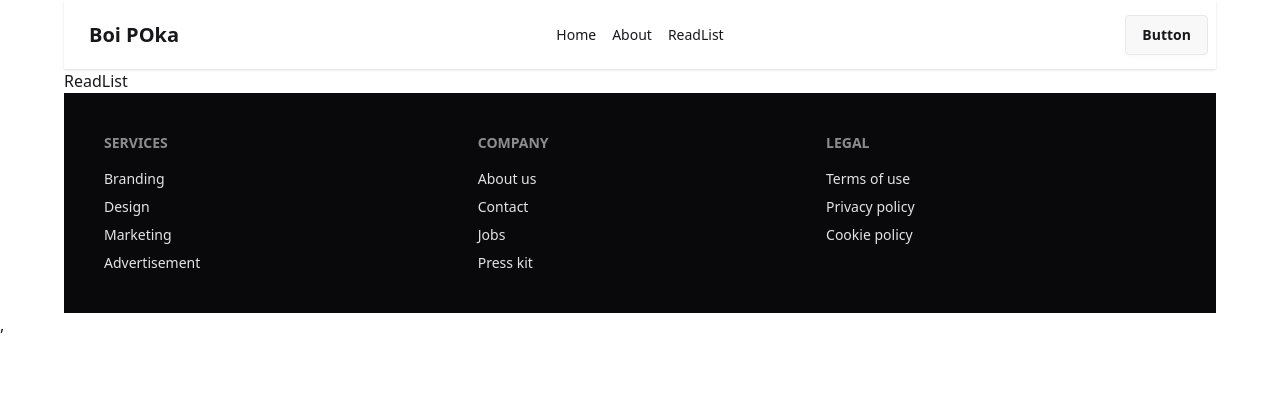
Repository: SanjidaSnigdha/Boipoka-Book-Vibe-Project
Page: /readList
These files come from the project's save history. The page is drawn as it stood at one moment and after the next save; the edit follows.
The browser window is 1280 px wide. The pictures show the whole page.
The project was rebuilt for these pictures with package versions that can differ from the ones it lists, and the page was loaded fresh each time. Also part of the build but not shown: vite.config.js, src/App.css, src/App.jsx, src/Pages/Root/ErrorPage/ErrorPage.jsx, src/Components/Banner/Banner.jsx, src/Pages/Book/Book.jsx, src/Pages/Books/Books.jsx, src/Pages/Home/Home.jsx and 1 more. Imported but missing from the stored project, and not drawn on this page: src/Pages/BookDetails/BookDetails.

Above is the page before, as saved 2026-05-17 13:45:10.

### index.html
<!doctype html>
<html lang="en">
  <head>
    <meta charset="UTF-8" />
    <link rel="icon" type="image/svg+xml" href="/favicon.svg" />
    <meta name="viewport" content="width=device-width, initial-scale=1.0" />
    <title>boipuka</title>
  </head>
  <body>
    <div id="root"></div>
    <script type="module" src="/src/main.jsx"></script>
  </body>
</html>

### src/main.jsx
import { StrictMode } from 'react'
import { createRoot } from 'react-dom/client'
import './index.css'
import App from './App.jsx'
import {
  RouterProvider,
} from "react-router";
import { router } from './Routes/Routes.jsx';




createRoot(document.getElementById('root')).render(
  <StrictMode>
     <RouterProvider router={router} />,
  </StrictMode>,
)

### src/index.css
@import "tailwindcss";
@plugin "daisyui" {
themes : light --default, dark --prefersdark;
themes: light --default;
}
   dark mode to light mode ( index.css)

### src/Routes/Routes.jsx
import React from 'react';
import {
  createBrowserRouter,
} from "react-router";
import Root from '../Pages/Root/Root';
import ErrorPage from '../Pages/Root/ErrorPage/ErrorPage';
import { Component } from 'react';
import Home from '../Pages/Home/Home';
import About from '../Pages/About/About';
import BookDetails from '../Pages/BookDetails/BookDetails';
import ReadList from '../Pages/ReadList/ReadList';

 export const router = createBrowserRouter([
  {
    path: "/",
    Component: Root,
    errorElement: <ErrorPage></ErrorPage>,
    children: [
      {
      index: true,
      loader: ()=>fetch('booksData.json'),
      path: '/',
      Component: Home,

    },
    {
      path:'/about',
      Component: About
    },

    {
      path: 'readList',
      Component : ReadList
    },
    {
      path: '/bookDetails/:id',
      loader: ()=>fetch('booksData.json'),
      Component: BookDetails
    }
  ],
},
]);

### src/Pages/Root/Root.jsx
import React from 'react';
import Navbar from '../../Components/Header/Navbar/Navbar';
import { Outlet } from 'react-router';
import Footer from '../../Components/Footer/Footer';

const Root = () => {
    return (
        <div className='max-w-6xl mx-auto'>
            <Navbar></Navbar>
            <Outlet></Outlet>
            <Footer></Footer>

        </div>
    );
};

export default Root;

### src/Pages/ReadList/ReadList.jsx
import React from 'react';
import { Tab, Tabs, TabList, TabPanel } from 'react-tabs';
import 'react-tabs/style/react-tabs.css';

const ReadList = () => {
    return (
        <div>
            <h1>ReadList</h1>
        </div>
    );
};

export default ReadList;

### src/Components/Header/Navbar/Navbar.jsx
import React from 'react';
import { Link } from 'react-router';

const Navbar = () => {
    const links = <>
    <Link to='/'><li className='m-2'>Home</li>
</Link>
      <Link to='/about'><li className='m-2 text-[#131313]80'>About</li></Link>
      <Link to='/readList'><li className='m-2 text-[#131313]80'>ReadList</li></Link>
    </>
    return (
        <div className="navbar bg-base-100 shadow-sm">
  <div className="navbar-start">
    <div className="dropdown">
      <div tabIndex={0} role="button" className="btn btn-ghost lg:hidden">
        <svg xmlns="http://www.w3.org/2000/svg" className="h-5 w-5" fill="none" viewBox="0 0 24 24" stroke="currentColor"> <path strokeLinecap="round" strokeLinejoin="round" strokeWidth="2" d="M4 6h16M4 12h8m-8 6h16" /> </svg>
      </div>
      <ul
        tabIndex="-1"
        className="menu menu-sm dropdown-content bg-base-100 rounded-box z-1 mt-3 w-52 p-2 shadow">
       {links}
      </ul>
    </div>
    <a className="btn btn-ghost text-xl">Boi POka</a>
  </div>
  <div className="navbar-center hidden lg:flex">
    <ul className="menu menu-horizontal px-1">
      {links}
    </ul>
  </div>
  <div className="navbar-end">
    <a className="btn">Button</a>
  </div>
</div>
    );
};

export default Navbar;

### src/Components/Footer/Footer.jsx
import React from 'react';

const Footer = () => {
    return (
        <footer className="footer sm:footer-horizontal bg-neutral text-neutral-content p-10">
  <nav>
    <h6 className="footer-title">Services</h6>
    <a className="link link-hover">Branding</a>
    <a className="link link-hover">Design</a>
    <a className="link link-hover">Marketing</a>
    <a className="link link-hover">Advertisement</a>
  </nav>
  <nav>
    <h6 className="footer-title">Company</h6>
    <a className="link link-hover">About us</a>
    <a className="link link-hover">Contact</a>
    <a className="link link-hover">Jobs</a>
    <a className="link link-hover">Press kit</a>
  </nav>
  <nav>
    <h6 className="footer-title">Legal</h6>
    <a className="link link-hover">Terms of use</a>
    <a className="link link-hover">Privacy policy</a>
    <a className="link link-hover">Cookie policy</a>
  </nav>
</footer>
    );
};

export default Footer;

After the next save:
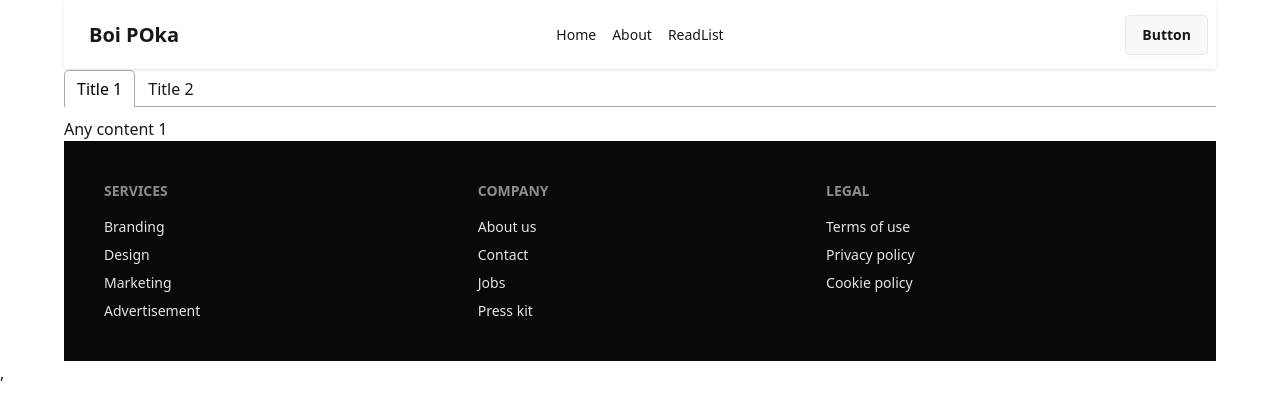
Saved 5 min 21 s later.
--- a/src/Pages/ReadList/ReadList.jsx
+++ b/src/Pages/ReadList/ReadList.jsx
@@ -5,7 +5,21 @@ import 'react-tabs/style/react-tabs.css';
 const ReadList = () => {
     return (
         <div>
-            <h1>ReadList</h1>
+            <Tabs>
+                <TabList>
+                   <Tab>Title 1</Tab>
+                   <Tab>Title 2</Tab>
+
+                </TabList>
+
+                <TabPanel>
+                    <h2>Any content 1</h2>
+
+                </TabPanel>
+                <TabPanel>
+                    <h2>Any content 2</h2>
+                </TabPanel>
+            </Tabs>
         </div>
     );
 };
